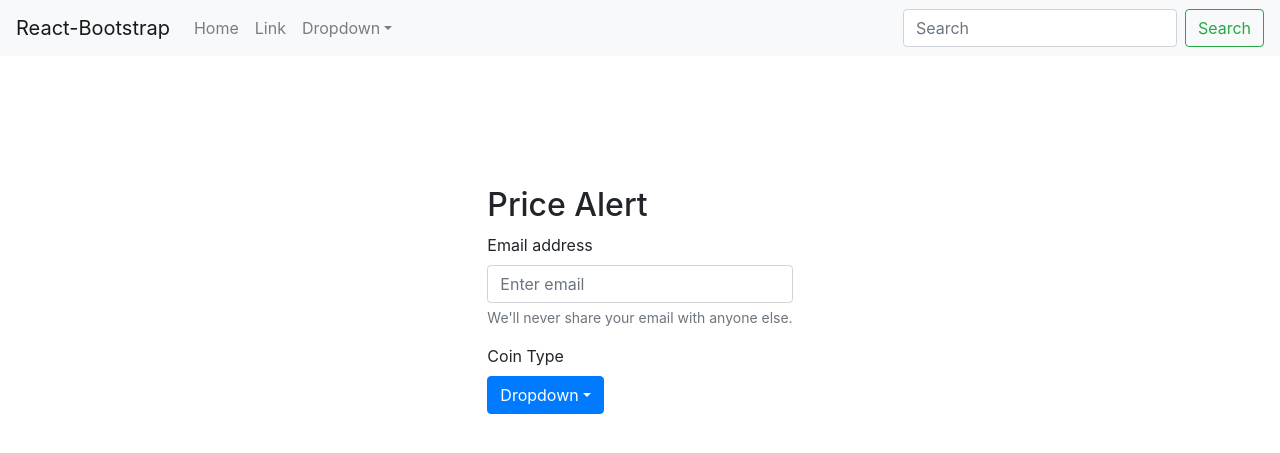
Repository: flychicken123/PriceAlertFront
Page: /
These files come from the project's save history. The page is drawn as it stood at one moment and after the next save; the edit follows.
The browser window is 1280 px wide. The pictures show the whole page.
The project was rebuilt for these pictures with package versions that can differ from the ones it lists, and the page was loaded fresh each time. Also part of the build but not shown: src/App.css.

Above is the page before, as saved 2021-03-05 19:55:19.

After the next save:
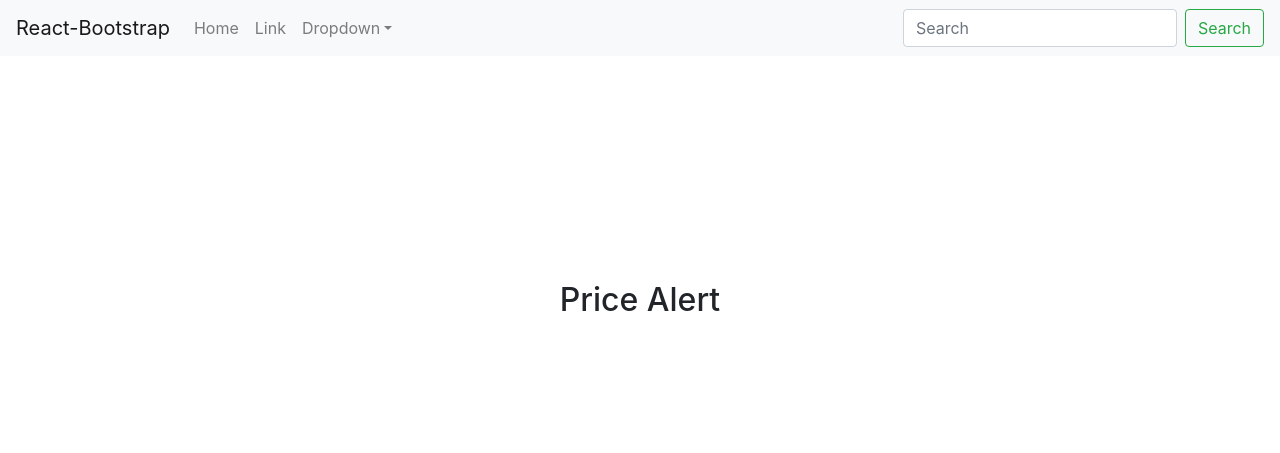
Saved 7 min 51 s later.
--- a/src/components/Home.jsx
+++ b/src/components/Home.jsx
@@ -9,18 +9,7 @@ const Home = () => {
                 <div style={{ display: 'flex', justifyContent: 'center', alignItems: 'center', height: '70vh' }}>
                     <Form>
                         <h2>Price Alert</h2>
-                        <Form.Group controlId="formBasicEmail">
-                            <Form.Label>Email address</Form.Label>
-                            <Form.Control type="email" placeholder="Enter email" />
-                            <Form.Text className="text-muted">
-                                We'll never share your email with anyone else.
-                             </Form.Text>
-                        </Form.Group>
-                        <Form.Group controlId="coinType">
-                            <Form.Label>Coin Type</Form.Label>
-                            <DropdownButton title="Dropdown">
-                                <Dropdown.Item>Books</Dropdown.Item>
-                            </DropdownButton>
+                        <Form.Group as={Col} md="4" colcontrolId="formBasicEmail">
                         </Form.Group>
                     </Form>
 
